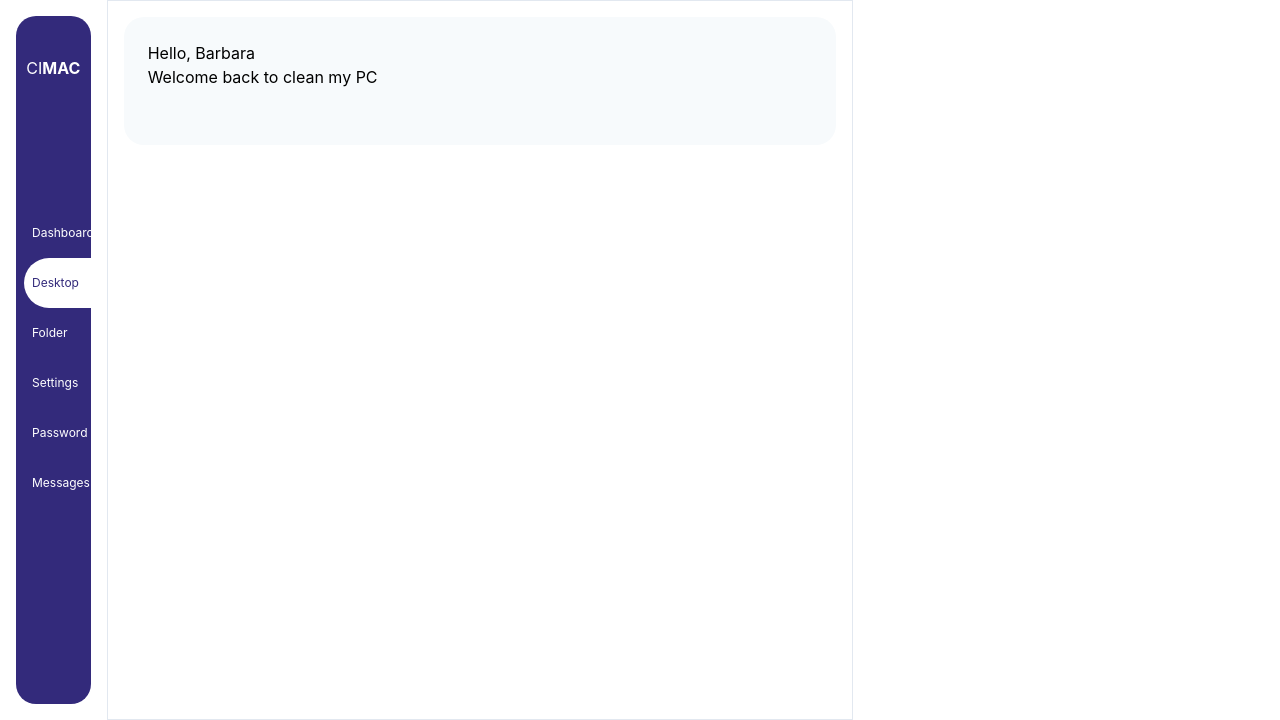
Repository: charleyvibez/experiment-Utility-software-UI
Page: index.html
These files come from the project's save history. The page is drawn as it stood at one moment and after a run of saves; the edit follows.
The browser window is 1280 px wide. The pictures show the whole page.

Above is the page before, as saved 2020-03-17 23:48:50.

After the next 2 saves:
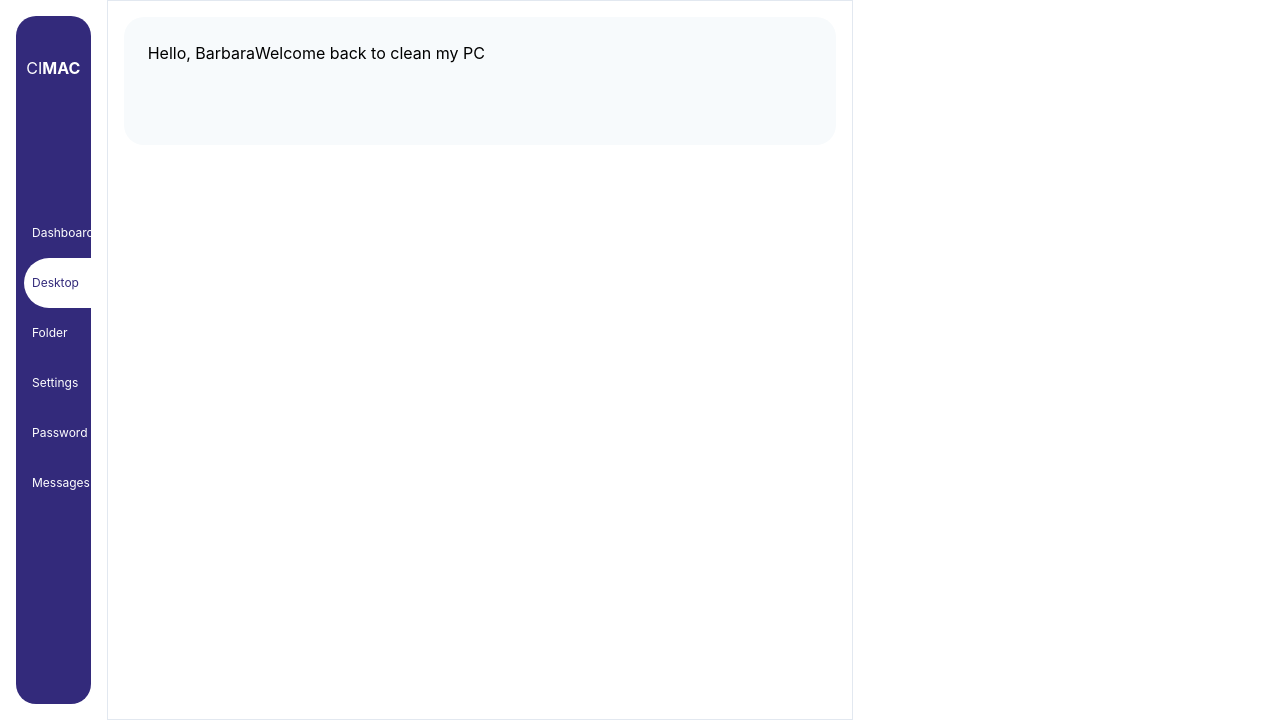
The 2 saves are shown as one change because they came seconds apart.
The last was saved 11 s later.
--- a/index.html
+++ b/index.html
@@ -30,7 +30,7 @@
 
   <main class="w-7/12 p-4 h-screen border">
     <div class="main-container">
-      <div class="hello p-6 h-32 bg-gray-100 rounded-xl">
+      <div class="hello p-6 h-32 bg-gray-100 rounded-xl flex">
         <h1>Hello, Barbara</h1>
         <p>Welcome back to clean my PC</p>
       </div>

After the 2 saves that followed:
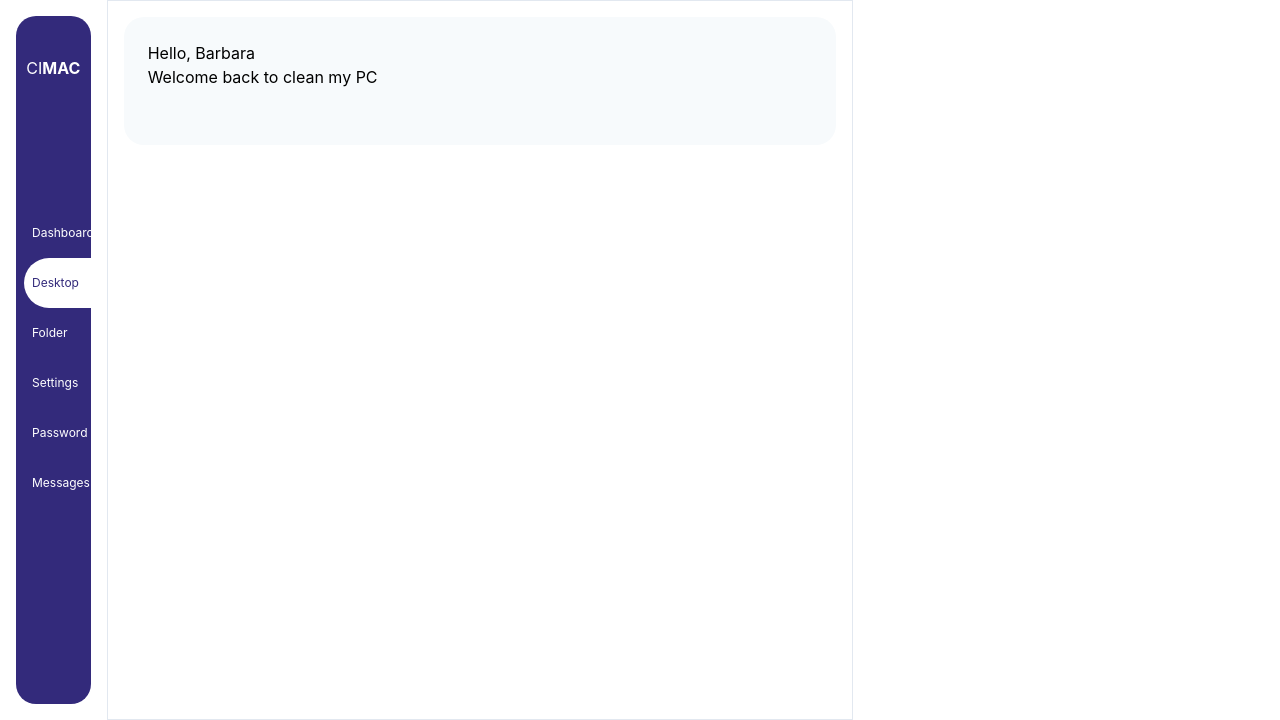
The 2 saves are shown as one change because they came seconds apart.
The last was saved 5 s later.
--- a/index.html
+++ b/index.html
@@ -30,7 +30,7 @@
 
   <main class="w-7/12 p-4 h-screen border">
     <div class="main-container">
-      <div class="hello p-6 h-32 bg-gray-100 rounded-xl flex">
+      <div class="hello p-6 h-32 bg-gray-100 rounded-xl flex flex-col">
         <h1>Hello, Barbara</h1>
         <p>Welcome back to clean my PC</p>
       </div>
